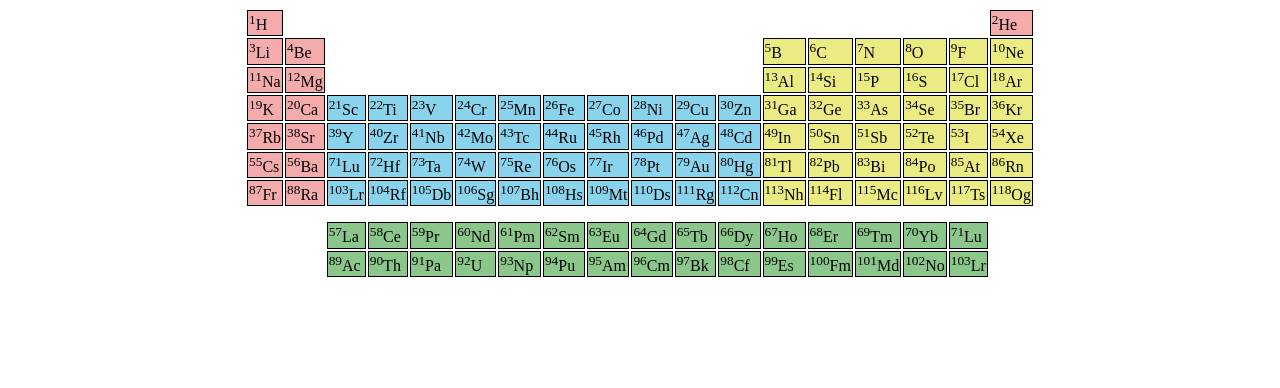
Repository: punitbathija/Placement-Assitance-iNeuron
Page: periodicTable.html
An editor plug-in stored every save of this project. The page is shown before and after the next save, followed by the edit.
The browser window is 1280 px wide. The pictures show the whole page.

Above is the page before, as saved 2023-05-22 18:17:55.

### periodicTable.html
<!DOCTYPE html>
<html lang="en">
  <head>
    <meta charset="UTF-8" />
    <meta http-equiv="X-UA-Compatible" content="IE=edge" />
    <meta name="viewport" content="width=device-width, initial-scale=1.0" />
    <title>Periodic Table</title>
    <link rel="stylesheet" href="periodicTable.css" />
  </head>
  <body>
    <table class="periodic">
      <tr class="p1">
        <td class="element H red" ="Hydrogen"><sup>1</sup>H</td>
        <td class="empty" colspan="16"></td>
        <td class="element He red" ="Helium"><sup>2</sup>He</td>
      </tr>
      <tr class="p2">
        <td class="element Li red" ="Lithium"><sup>3</sup>Li</td>
        <td class="element Be red" ="Beryllium"><sup>4</sup>Be</td>
        <td class="empty" class="element desc" colspan="10" rowspan="2"></td>
        <td class="element B yellow" ="Boron"><sup>5</sup>B</td>
        <td class="element C yellow" ="Carbon"><sup>6</sup>C</td>
        <td class="element N yellow" ="Nitrogen"><sup>7</sup>N</td>
        <td class="element O yellow" ="Oxygen"><sup>8</sup>O</td>
        <td class="element F yellow" ="Fluorine"><sup>9</sup>F</td>
        <td class="element Ne yellow" ="Neon"><sup>10</sup>Ne</td>
      </tr>
      <tr class="p3">
        <td class="element Na red" ="Sodium"><sup>11</sup>Na</td>
        <td class="element Mg red" ="Magnesium"><sup>12</sup>Mg</td>
        <td class="element Al yellow" ="Aluminium"><sup>13</sup>Al</td>
        <td class="element Si yellow" ="Silicon"><sup>14</sup>Si</td>
        <td class="element P yellow" ="Phosphorus"><sup>15</sup>P</td>
        <td class="element S yellow" ="Sulfur"><sup>16</sup>S</td>
        <td class="element Cl yellow" ="Chlorine"><sup>17</sup>Cl</td>
        <td class="element Ar yellow" ="Argon"><sup>18</sup>Ar</td>
      </tr>
      <tr class="p4">
        <td class="element K red" ="Potassium"><sup>19</sup>K</td>
        <td class="element Ca red" ="Calcium"><sup>20</sup>Ca</td>
        <td class="element Sc blue" ="Scandium"><sup>21</sup>Sc</td>
        <td class="element Ti blue" ="Titanium"><sup>22</sup>Ti</td>
        <td class="element V blue" ="Vanadium"><sup>23</sup>V</td>
        <td class="element Cr blue" ="Chromium"><sup>24</sup>Cr</td>
        <td class="element Mn blue" ="Manganese"><sup>25</sup>Mn</td>
        <td class="element Fe blue" ="Iron"><sup>26</sup>Fe</td>
        <td class="element Co blue" ="Cobalt"><sup>27</sup>Co</td>
        <td class="element Ni blue" ="Nickel"><sup>28</sup>Ni</td>
        <td class="element Cu blue" ="Copper"><sup>29</sup>Cu</td>
        <td class="element Zn blue" ="Zinc"><sup>30</sup>Zn</td>
        <td class="element Ga yellow" ="Gallium"><sup>31</sup>Ga</td>
        <td class="element Ge yellow" ="Germanium"><sup>32</sup>Ge</td>
        <td class="element As yellow" ="Arsenic"><sup>33</sup>As</td>
        <td class="element Se yellow" ="Selenium"><sup>34</sup>Se</td>
        <td class="element Br yellow" ="Bromine"><sup>35</sup>Br</td>
        <td class="element Kr yellow" ="Krypton"><sup>36</sup>Kr</td>
      </tr>
      <tr class="p5">
        <td class="element Rb red" ="Rubidium"><sup>37</sup>Rb</td>
        <td class="element Sr red" ="Strontium"><sup>38</sup>Sr</td>
        <td class="element Y blue" ="Yttrium"><sup>39</sup>Y</td>
        <td class="element Zr blue" ="Zirconium"><sup>40</sup>Zr</td>
        <td class="element Nb blue" ="Niobium"><sup>41</sup>Nb</td>
        <td class="element Mo blue" ="Molybdenum"><sup>42</sup>Mo</td>
        <td class="element Tc blue" ="Technetium"><sup>43</sup>Tc</td>
        <td class="element Ru blue" ="Ruthenium"><sup>44</sup>Ru</td>
        <td class="element Rh blue" ="Rhodium"><sup>45</sup>Rh</td>
        <td class="element Pd blue" ="Palladium"><sup>46</sup>Pd</td>
        <td class="element Ag blue" ="Silver"><sup>47</sup>Ag</td>
        <td class="element Cd blue" ="Cadmium"><sup>48</sup>Cd</td>
        <td class="element In yellow" ="Indium"><sup>49</sup>In</td>
        <td class="element Sn yellow" ="Tin"><sup>50</sup>Sn</td>
        <td class="element Sb yellow" ="Antimony"><sup>51</sup>Sb</td>
        <td class="element Te yellow" ="Tellurium"><sup>52</sup>Te</td>
        <td class="element I yellow" ="Iodine"><sup>53</sup>I</td>
        <td class="element Xe yellow" ="Xenon"><sup>54</sup>Xe</td>
      </tr>
      <tr class="p6">
        <td class="element Cs red" ="Caesium"><sup>55</sup>Cs</td>
        <td class="element Ba red" ="Barium"><sup>56</sup>Ba</td>
        <td class="element Lu blue" ="Lutetium"><sup>71</sup>Lu</td>
        <td class="element Hf blue" ="Hafnium"><sup>72</sup>Hf</td>
        <td class="element Ta blue" ="Tantalum"><sup>73</sup>Ta</td>
        <td class="element W blue" ="Tungsten"><sup>74</sup>W</td>
        <td class="element Re blue" ="Rhenium"><sup>75</sup>Re</td>
        <td class="element Os blue" ="Osmium"><sup>76</sup>Os</td>
        <td class="element Ir blue" ="Iridium"><sup>77</sup>Ir</td>
        <td class="element Pt blue" ="Platinum"><sup>78</sup>Pt</td>
        <td class="element Au blue" ="Gold"><sup>79</sup>Au</td>
        <td class="element Hg blue" ="Mercury"><sup>80</sup>Hg</td>
        <td class="element Tl yellow" ="Thallium"><sup>81</sup>Tl</td>
        <td class="element Pb yellow" ="Lead"><sup>82</sup>Pb</td>
        <td class="element Bi yellow" ="Bismuth"><sup>83</sup>Bi</td>
        <td class="element Po yellow" ="Polonium"><sup>84</sup>Po</td>
        <td class="element At yellow" ="Astatine"><sup>85</sup>At</td>
        <td class="element Rn yellow" ="Radon"><sup>86</sup>Rn</td>
      </tr>
      <tr class="p7">
        <td class="element Fr red" ="Francium"><sup>87</sup>Fr</td>
        <td class="element Ra red" ="Radium"><sup>88</sup>Ra</td>
        <td class="element Lr blue" ="Lawrencium"><sup>103</sup>Lr</td>
        <td class="element Rf blue" ="Rutherfordium"><sup>104</sup>Rf</td>
        <td class="element Db blue" ="Dubnium"><sup>105</sup>Db</td>
        <td class="element Sg blue" ="Seaborgium"><sup>106</sup>Sg</td>
        <td class="element Bh blue" ="Bohrium"><sup>107</sup>Bh</td>
        <td class="element Hs blue" ="Hassium"><sup>108</sup>Hs</td>
        <td class="element Mt blue" ="Meitnerium"><sup>109</sup>Mt</td>
        <td class="element Ds blue" ="Darmstadtium"><sup>110</sup>Ds</td>
        <td class="element Rg blue" ="Roentgenium"><sup>111</sup>Rg</td>
        <td class="element Cn blue" ="Copernicium"><sup>112</sup>Cn</td>
        <td class="element Nh yellow" ="Nihonium"><sup>113</sup>Nh</td>
        <td class="element Fl yellow" ="Flerovium"><sup>114</sup>Fl</td>
        <td class="element Mc yellow" ="Moscovium"><sup>115</sup>Mc</td>
        <td class="element Lv yellow" ="Livermorium"><sup>116</sup>Lv</td>
        <td class="element Ts yellow" ="Tennessine"><sup>117</sup>Ts</td>
        <td class="element Og yellow" ="Oganesson"><sup>118</sup>Og</td>
      </tr>
      <tr class="spacer"></tr>
      <tr class="spacer"></tr>
      <tr class="spacer"></tr>
      <tr class="spacer"></tr>
      <tr class="spacer"></tr>
      <tr class="spacer"></tr>
      <tr class="spacer"></tr>
      <tr>
        <td class="empty" colspan="2"></td>
        <td class="element La green" ="Lanthanum"><sup>57</sup>La</td>
        <td class="element Ce green" ="Cerium"><sup>58</sup>Ce</td>
        <td class="element Pr green" ="Praseodymium"><sup>59</sup>Pr</td>
        <td class="element Nd green" ="Neodymium"><sup>60</sup>Nd</td>
        <td class="element Pm green" ="Promethium"><sup>61</sup>Pm</td>
        <td class="element Sm green" ="Samarium"><sup>62</sup>Sm</td>
        <td class="element Eu green" ="Europium"><sup>63</sup>Eu</td>
        <td class="element Gd green" ="Gadolinium"><sup>64</sup>Gd</td>
        <td class="element Tb green" ="Terbium"><sup>65</sup>Tb</td>
        <td class="element Dy green" ="Dysprosium"><sup>66</sup>Dy</td>
        <td class="element Ho green" ="Holmium"><sup>67</sup>Ho</td>
        <td class="element Er green" ="Erbium"><sup>68</sup>Er</td>
        <td class="element Tm green" ="Thulium"><sup>69</sup>Tm</td>
        <td class="element Yb green" ="Ytterbium"><sup>70</sup>Yb</td>
        <td class="element Lu green" ="Lutetium"><sup>71</sup>Lu</td>
        <td class="empty"></td>
      </tr>
      <tr>
        <td class="empty" colspan="2"></td>
        <td class="element Ac green" ="Actinium"><sup>89</sup>Ac</td>
        <td class="element Th green" ="Thorium"><sup>90</sup>Th</td>
        <td class="element Pa green" ="Protactinium"><sup>91</sup>Pa</td>
        <td class="element U green" ="Uranium"><sup>92</sup>U</td>
        <td class="element Np green" ="Neptunium"><sup>93</sup>Np</td>
        <td class="element Pu green" ="Plutonium"><sup>94</sup>Pu</td>
        <td class="element Am green" ="Americium"><sup>95</sup>Am</td>
        <td class="element Cm green" ="Curium"><sup>96</sup>Cm</td>
        <td class="element Bk green" ="Berkelium"><sup>97</sup>Bk</td>
        <td class="element Cf green" ="Californium"><sup>98</sup>Cf</td>
        <td class="element Es green" ="Einsteinium"><sup>99</sup>Es</td>
        <td class="element Fm green" ="Fermium"><sup>100</sup>Fm</td>
        <td class="element Md green" ="Mendelevium"><sup>101</sup>Md</td>
        <td class="element No green" ="Nobelium"><sup>102</sup>No</td>
        <td class="element Lr green" ="Lawrencium"><sup>103</sup>Lr</td>
        <td class="empty"></td>
      </tr>
    </table>
  </body>
</html>

### periodicTable.css
.periodic{
    display: flex;
    justify-content: center;
    align-items: center;
    margin: auto;
}

.element{
    border: 1px solid black;
}

.red{
    background-color: rgb(244, 171, 171);
}

.blue{
    background-color: rgb(137, 211, 236);
}
.yellow{
    background-color: rgb(235, 235, 131);
}
.green{
    background-color: rgb(139, 199, 139);
}

After the next save:
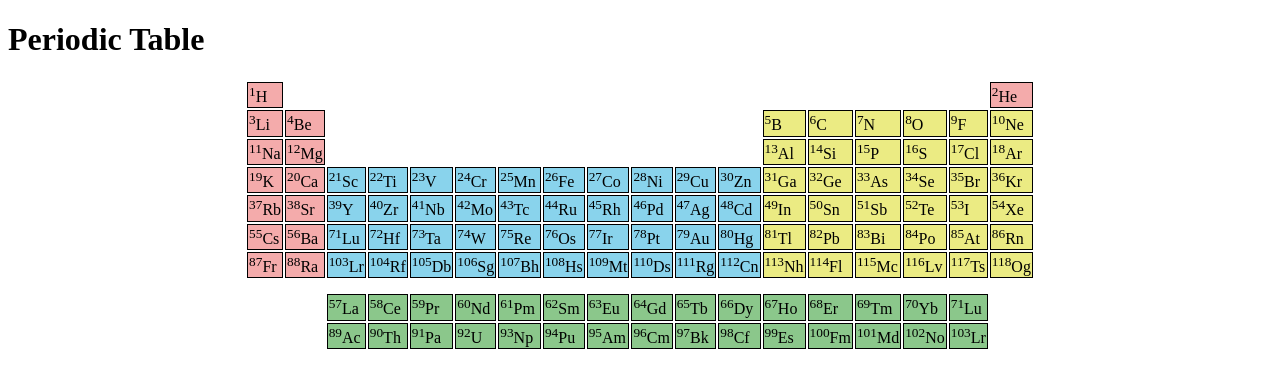
Saved 22 s later.
--- a/periodicTable.html
+++ b/periodicTable.html
@@ -8,6 +8,7 @@
     <link rel="stylesheet" href="periodicTable.css" />
   </head>
   <body>
+    <h1>Periodic Table</h1>
     <table class="periodic">
       <tr class="p1">
         <td class="element H red" ="Hydrogen"><sup>1</sup>H</td>

After the 4 saves that followed:
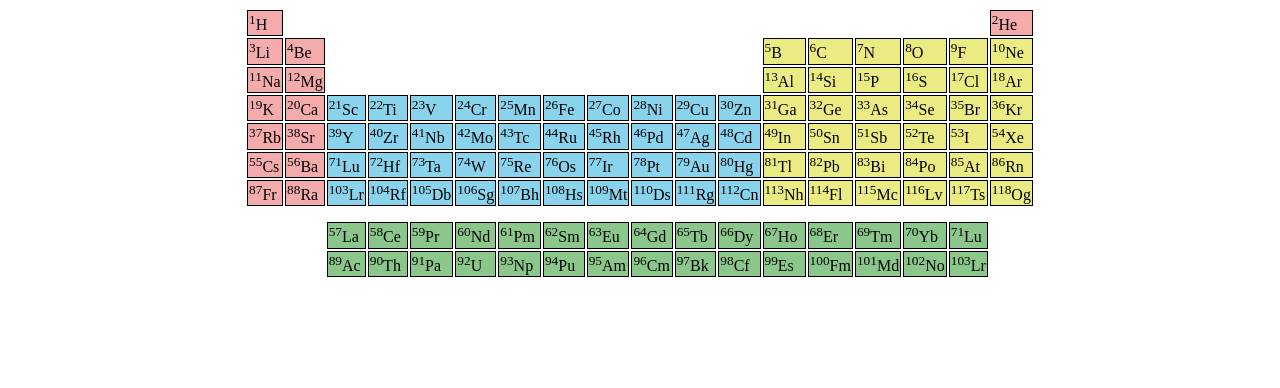
The 4 saves are shown as one change because 1 left the picture as it was and some came seconds apart.
The last was saved 15 s later.
--- a/periodicTable.html
+++ b/periodicTable.html
@@ -8,7 +8,6 @@
     <link rel="stylesheet" href="periodicTable.css" />
   </head>
   <body>
-    <h1>Periodic Table</h1>
     <table class="periodic">
       <tr class="p1">
         <td class="element H red" ="Hydrogen"><sup>1</sup>H</td>
